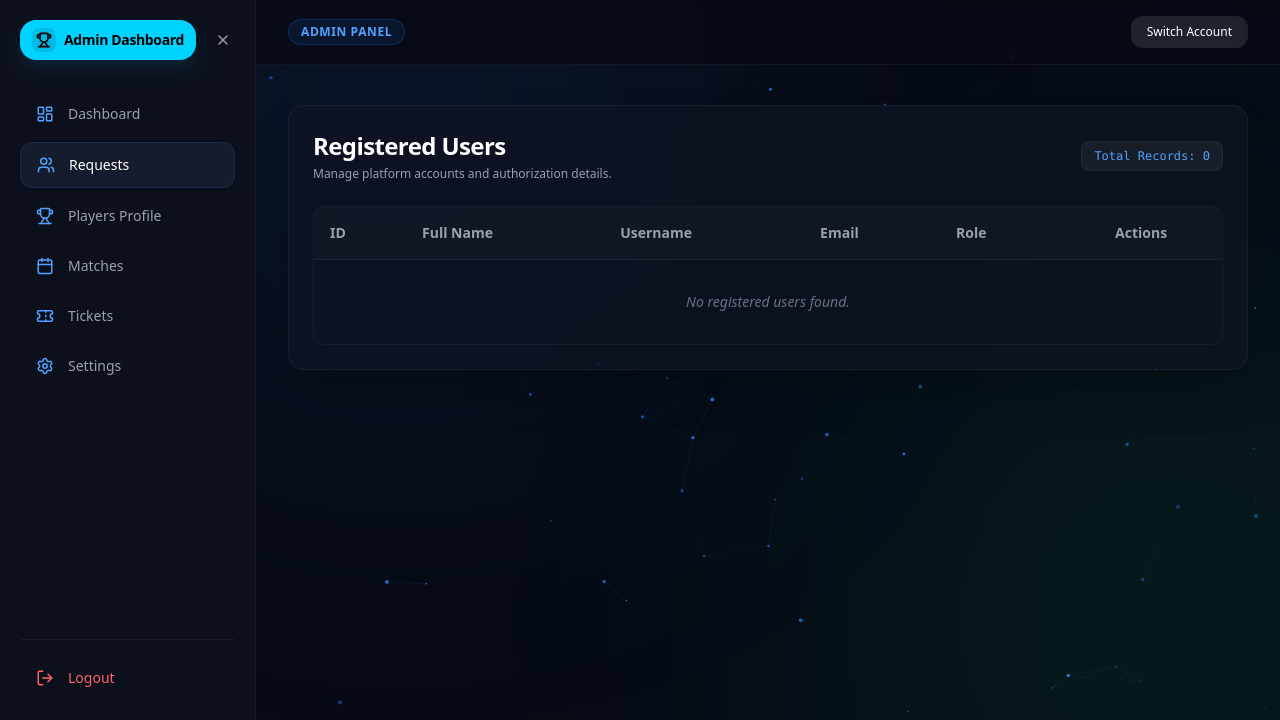
Repository: azeez6789/springboot-footbal-web
Page: /pages/Regrequest (app in client/)
The author's editor kept a copy of each file at every save. The page is drawn from the files as they stood at one save, then again after the next save.
The browser window is 1280 px wide. The pictures show the whole page.
The page's requests for data from a server got no answer. The project was rebuilt for these pictures with package versions that can differ from the ones it lists, and the page was loaded fresh each time. No one was signed in, and anything a server would have sent is missing. Also part of the build but not shown: client/vite.config.js, client/src/common/pages/home.jsx, client/src/common/component/login.jsx, client/src/common/component/register.jsx, client/src/common/component/About.jsx, client/src/common/pages/tournament.jsx, client/src/common/pages/event.jsx, client/src/common/pages/ticket.jsx and 3 more.

Above is the page before, as saved 2026-07-22 14:10:12.

### client/index.html
<!doctype html>
<html lang="en">
  <head>
    <meta charset="UTF-8" />
    <link rel="icon" type="image/svg+xml" href="/favicon.svg" />
    <meta name="viewport" content="width=device-width, initial-scale=1.0" />
    <title>SLIIT FOOTBALL  </title>
  </head>
  <body>
    <div id="root"></div>
    <script type="module" src="/src/main.jsx"></script>
  </body>
</html>

### client/src/routes/index.jsx
import CRoutes from './commonroutes'
import fun01Routes from './function_01'

const allRoutes = [
    ...CRoutes,
    ...fun01Routes
]


export default allRoutes;

### client/src/function-01/pages/registerrequest.jsx
import { useState, useEffect, useRef } from "react";
import {
  getAllUsers,
  updateUser,
  deleteUser,
} from "../../common/services/userService";
import { useNavigate, NavLink } from "react-router-dom";
import {
  LayoutDashboard,
  Users,
  Trophy,
  Calendar,
  Ticket,
  Settings,
  LogOut,
  X,
} from "lucide-react";

// ==========================================
// 📌 YOUR ORIGINAL UNTOUCHED SIDEBAR
// ==========================================
function Sidebar() {
  const menuClass = ({ isActive }) =>
    `flex items-center gap-3.5 px-4 py-3 rounded-xl transition-all duration-200 text-sm font-medium ${
      isActive
        ? "bg-[#151c2e] text-white shadow-sm border border-blue-500/15"
        : "text-gray-400 hover:bg-white/5 hover:text-white"
    }`;

  return (
    <aside className="fixed left-0 top-0 w-64 h-screen bg-[#0c101d] border-r border-white/5 flex flex-col justify-between p-5 z-50">
      <div className="space-y-6">
        {/* HEADER BADGE */}
        <div className="flex items-center justify-between">
          <div className="flex items-center gap-2 bg-[#00d2ff] text-black px-3 py-2 rounded-2xl shadow-lg shadow-cyan-500/10">
            <div className="w-6 h-6 rounded-lg bg-black/10 flex items-center justify-center">
              <Trophy size={16} className="text-black" strokeWidth={2.5} />
            </div>
            <span className="font-bold text-sm text-black tracking-tight">
              Admin Dashboard
            </span>
          </div>

          <button className="text-gray-400 hover:text-white transition-colors p-1 rounded-lg hover:bg-white/5">
            <X size={16} />
          </button>
        </div>

        {/* NAVIGATION LINKS */}
        <nav className="space-y-1.5 pt-2">
          <NavLink to="/" className={menuClass}>
            <LayoutDashboard size={18} className="text-blue-400" />
            <span>Dashboard</span>
          </NavLink>

          <NavLink to="/pages/Regrequest" className={menuClass}>
            <Users size={18} className="text-blue-400" />
            <span>Requests</span>
          </NavLink>

          <NavLink to="/function-01/profile" className={menuClass}>
            <Trophy size={18} className="text-blue-400" />
            <span>Players Profile</span>
          </NavLink>

          <NavLink to="/pages/matches" className={menuClass}>
            <Calendar size={18} className="text-blue-400" />
            <span>Matches</span>
          </NavLink>

          <NavLink to="/pages/ticket" className={menuClass}>
            <Ticket size={18} className="text-blue-400" />
            <span>Tickets</span>
          </NavLink>

          <NavLink to="/settings" className={menuClass}>
            <Settings size={18} className="text-blue-400" />
            <span>Settings</span>
          </NavLink>
        </nav>
      </div>

      {/* LOGOUT */}
      <div className="pt-4 border-t border-white/5">
        <NavLink
          to="/login"
          className="flex items-center gap-3.5 px-4 py-3 rounded-xl text-red-400 hover:bg-red-500/10 transition-all font-medium text-sm"
        >
          <LogOut size={18} />
          <span>Logout</span>
        </NavLink>
      </div>
    </aside>
  );
}

// ==========================================
// STARRY BACKGROUND CANVAS
// ==========================================
const StarryBackground = () => {
  const canvasRef = useRef(null);

  useEffect(() => {
    const canvas = canvasRef.current;
    if (!canvas) return;
    const ctx = canvas.getContext("2d");

    let animationFrameId;
    let width = (canvas.width = window.innerWidth);
    let height = (canvas.height = window.innerHeight);

    const handleResize = () => {
      width = canvas.width = window.innerWidth;
      height = canvas.height = window.innerHeight;
    };

    window.addEventListener("resize", handleResize);

    const particleCount = Math.floor((width * height) / 10000);
    const particles = [];

    for (let i = 0; i < particleCount; i++) {
      particles.push({
        x: Math.random() * width,
        y: Math.random() * height,
        vx: (Math.random() - 0.5) * 0.6,
        vy: (Math.random() - 0.5) * 0.6,
        radius: Math.random() * 1.5 + 0.5,
        alpha: Math.random() * 0.5 + 0.3,
      });
    }

    const render = () => {
      ctx.clearRect(0, 0, width, height);

      for (let i = 0; i < particles.length; i++) {
        const p = particles[i];

        p.x += p.vx;
        p.y += p.vy;

        if (p.x < 0 || p.x > width) p.vx *= -1;
        if (p.y < 0 || p.y > height) p.vy *= -1;

        ctx.beginPath();
        ctx.arc(p.x, p.y, p.radius, 0, Math.PI * 2);
        ctx.fillStyle = `rgba(59, 130, 246, ${p.alpha})`;
        ctx.fill();

        for (let j = i + 1; j < particles.length; j++) {
          const p2 = particles[j];
          const dx = p.x - p2.x;
          const dy = p.y - p2.y;
          const dist = Math.sqrt(dx * dx + dy * dy);
          const maxDist = 110;

          if (dist < maxDist) {
            ctx.beginPath();
            ctx.moveTo(p.x, p.y);
            ctx.lineTo(p2.x, p2.y);
            const lineAlpha = (1 - dist / maxDist) * 0.25;
            ctx.strokeStyle = `rgba(59, 130, 246, ${lineAlpha})`;
            ctx.lineWidth = 0.6;
            ctx.stroke();
          }
        }
      }

      animationFrameId = requestAnimationFrame(render);
    };

    render();

    return () => {
      window.removeEventListener("resize", handleResize);
      cancelAnimationFrame(animationFrameId);
    };
  }, []);

  return (
    <canvas
      ref={canvasRef}
      className="fixed inset-0 pointer-events-none z-0"
    />
  );
};

// ==========================================
// MAIN REGISTER REQUEST PAGE
// ==========================================
export default function RegisterRequest() {
  const navigate = useNavigate();

  const [users, setUsers] = useState([]);
  const [loading, setLoading] = useState(false);
  const [editingUser, setEditingUser] = useState(null);
  const [showUserForm, setShowUserForm] = useState(false);

  const [userFormData, setUserFormData] = useState({
    fullName: "",
    username: "",
    email: "",
    phoneNumber: "",
    dob: "",
    role: "",
    password: "",
  });

  useEffect(() => {
    fetchUsers();
  }, []);

  const fetchUsers = async () => {
    setLoading(true);
    try {
      const data = await getAllUsers();
      setUsers(data || []);
    } catch (error) {
      console.error("Error fetching users:", error);
    } finally {
      setLoading(false);
    }
  };

  const handleDeleteUser = async (id) => {
    if (window.confirm("Are you sure you want to delete this user?")) {
      try {
        await deleteUser(id);
        fetchUsers();
      } catch (error) {
        console.error("Error deleting user:", error);
      }
    }
  };

  const handleEditUserClick = (user) => {
    setEditingUser(user);
    setUserFormData({
      fullName: user.fullName || "",
      username: user.username || "",
      email: user.email || "",
      phoneNumber: user.phoneNumber || "",
      dob: user.dob || "",
      role: user.role || "",
      password: "",
    });
    setShowUserForm(true);
  };

  const handleUserInputChange = (e) => {
    const { name, value } = e.target;
    setUserFormData((prev) => ({
      ...prev,
      [name]: value,
    }));
  };

  const handleUserSubmit = async (e) => {
    e.preventDefault();
    try {
      if (editingUser) {
        await updateUser(editingUser.id, userFormData);
      }
      setShowUserForm(false);
      setEditingUser(null);
      fetchUsers();
    } catch (error) {
      console.error("Error saving user data:", error);
    }
  };

  return (
    <div className="min-h-screen bg-[#070b15] text-white selection:bg-blue-500/30 relative overflow-hidden font-sans flex">
      {/* UNTOUCHED SIDEBAR */}
      <Sidebar />

      {/* CANVAS BACKGROUND */}
      <StarryBackground />

      {/* BACKGROUND GLOWS */}
      <div className="fixed w-[600px] h-[600px] bg-blue-500/10 blur-[160px] rounded-full top-[-200px] left-[100px] pointer-events-none z-0" />
      <div className="fixed w-[600px] h-[600px] bg-green-400/10 blur-[180px] rounded-full bottom-[-200px] right-[-200px] pointer-events-none z-0" />

      {/* MAIN CONTENT AREA */}
      <main className="flex-1 ml-64 relative z-10 min-h-screen flex flex-col">
        {/* HEADER */}
        <header className="sticky top-0 z-40 bg-[#070b15]/80 backdrop-blur-xl border-b border-white/5 px-8 py-4">
          <div className="max-w-7xl mx-auto flex justify-between items-center">
            <div className="flex items-center gap-2">
              <span className="text-xs font-semibold uppercase tracking-wider text-blue-400 bg-blue-500/10 px-3 py-1 rounded-full border border-blue-500/20">
                Admin Panel
              </span>
            </div>

            <div className="flex gap-3 text-sm font-medium">
              <button
                onClick={() => navigate("/login")}
                className="px-4 py-2 bg-white/10 hover:bg-white/15 transition-all rounded-xl text-xs font-medium"
              >
                Switch Account
              </button>
            </div>
          </div>
        </header>

        {/* CONTENT AREA */}
        <div className="max-w-7xl mx-auto px-8 py-10 flex-1 w-full space-y-8">
          {/* USERS TABLE CONTAINER */}
          <div className="bg-[#0e1322]/80 border border-white/5 rounded-2xl p-6 backdrop-blur-xl shadow-2xl">
            <div className="flex justify-between items-center mb-6">
              <div>
                <h2 className="text-2xl font-bold tracking-tight text-white">
                  Registered Users
                </h2>
                <p className="text-xs text-gray-400 mt-1">
                  Manage platform accounts and authorization details.
                </p>
              </div>
              <div className="bg-white/5 px-3 py-1.5 rounded-lg border border-white/5 text-xs text-blue-400 font-mono">
                Total Records: {users.length}
              </div>
            </div>

            {loading ? (
              <div className="py-20 flex flex-col items-center justify-center gap-3 text-white/50">
                <div className="w-8 h-8 border-2 border-blue-500 border-t-transparent rounded-full animate-spin"></div>
                <span className="text-xs tracking-widest uppercase">
                  Loading accounts...
                </span>
              </div>
            ) : (
              <div className="overflow-x-auto rounded-xl border border-white/5">
                <table className="w-full text-sm border-collapse">
                  <thead className="text-gray-400 bg-white/[0.02] border-b border-white/5 font-medium">
                    <tr>
                      <th className="p-4 text-left font-semibold">ID</th>
                      <th className="p-4 text-left font-semibold">Full Name</th>
                      <th className="p-4 text-left font-semibold">Username</th>
                      <th className="p-4 text-left font-semibold">Email</th>
                      <th className="p-4 text-left font-semibold">Role</th>
                      <th className="p-4 text-center font-semibold">Actions</th>
                    </tr>
                  </thead>

                  <tbody className="divide-y divide-white/5">
                    {users.length === 0 ? (
                      <tr>
                        <td
                          colSpan="6"
                          className="p-8 text-center text-gray-500 italic"
                        >
                          No registered users found.
                        </td>
                      </tr>
                    ) : (
                      users.map((u) => (
                        <tr
                          key={u.id}
                          className="hover:bg-white/[0.02] transition-colors"
                        >
                          <td className="p-4 font-mono text-gray-400">
                            {u.id}
                          </td>
                          <td className="p-4 font-medium text-white">
                            {u.fullName}
                          </td>
                          <td className="p-4 text-gray-300 font-mono text-xs">
                            {u.username || "-"}
                          </td>
                          <td className="p-4 text-gray-300">{u.email}</td>
                          <td className="p-4">
                            <span className="px-2.5 py-1 rounded-md text-xs font-medium bg-blue-500/10 text-blue-400 border border-blue-500/20 uppercase tracking-wider">
                              {u.role || "User"}
                            </span>
                          </td>
                          <td className="p-4">
                            <div className="flex gap-2 justify-center">
                              <button
                                onClick={() => handleEditUserClick(u)}
                                className="px-3 py-1.5 text-xs font-medium bg-blue-500/20 hover:bg-blue-500/30 text-blue-300 rounded-lg border border-blue-500/10 transition-colors"
                              >
                                Edit
                              </button>
                              <button
                                onClick={() => handleDeleteUser(u.id)}
                                className="px-3 py-1.5 text-xs font-medium bg-red-500/20 hover:bg-red-500/30 text-red-300 rounded-lg border border-red-500/10 transition-colors"
                              >
                                Delete
                              </button>
                            </div>
                          </td>
                        </tr>
                      ))
                    )}
                  </tbody>
                </table>
              </div>
            )}
          </div>

          {/* EDIT USER MODAL OVERLAY */}
          {showUserForm && (
            <div className="fixed inset-0 z-50 bg-black/70 backdrop-blur-sm flex items-center justify-center p-4">
              <div className="bg-[#0e1322] border border-white/10 p-6 rounded-2xl w-full max-w-md shadow-2xl space-y-4">
                <div>
                  <h2 className="text-xl font-bold tracking-tight text-white">
                    Update Account Details
                  </h2>
                  <p className="text-xs text-gray-400 mt-0.5">
                    Modify properties for user ID: {editingUser?.id}
                  </p>
                </div>

                <form onSubmit={handleUserSubmit} className="space-y-3">
                  <div>
                    <label className="block text-xs text-gray-400 mb-1 font-medium">
                      Full Name
                    </label>
                    <input
                      name="fullName"
                      value={userFormData.fullName}
                      onChange={handleUserInputChange}
                      required
                      className="w-full p-2.5 bg-white/5 border border-white/10 rounded-lg text-sm text-white focus:outline-none focus:border-blue-500 focus:ring-1 focus:ring-blue-500 transition-all"
                      placeholder="Full Name"
                    />
                  </div>

                  <div>
                    <label className="block text-xs text-gray-400 mb-1 font-medium">
                      Username
                    </label>
                    <input
                      name="username"
                      value={userFormData.username}
                      onChange={handleUserInputChange}
                      required
                      className="w-full p-2.5 bg-white/5 border border-white/10 rounded-lg text-sm text-white focus:outline-none focus:border-blue-500 focus:ring-1 focus:ring-blue-500 transition-all"
                      placeholder="Username"
                    />
                  </div>

                  <div>
                    <label className="block text-xs text-gray-400 mb-1 font-medium">
                      Email Address
                    </label>
                    <input
                      type="email"
                      name="email"
                      value={userFormData.email}
                      onChange={handleUserInputChange}
                      required
                      className="w-full p-2.5 bg-white/5 border border-white/10 rounded-lg text-sm text-white focus:outline-none focus:border-blue-500 focus:ring-1 focus:ring-blue-500 transition-all"
                      placeholder="name@domain.com"
                    />
                  </div>

                  <div className="grid grid-cols-2 gap-3">
                    <div>
                      <label className="block text-xs text-gray-400 mb-1 font-medium">
                        Phone Number
                      </label>
                      <input
                        name="phoneNumber"
                        value={userFormData.phoneNumber}
                        onChange={handleUserInputChange}
                        className="w-full p-2.5 bg-white/5 border border-white/10 rounded-lg text-sm text-white focus:outline-none focus:border-blue-500 focus:ring-1 focus:ring-blue-500 transition-all"
                        placeholder="Phone"
                      />
                    </div>
                    <div>
                      <label className="block text-xs text-gray-400 mb-1 font-medium">
                        System Role
                      </label>
                      <select
                        name="role"
                        value={userFormData.role}
                        onChange={handleUserInputChange}
                        className="w-full p-2.5 bg-[#0e1322] border border-white/10 rounded-lg text-sm focus:outline-none focus:border-blue-500 focus:ring-1 focus:ring-blue-500 transition-all text-white"
                      >
                        <option value="">Select Role</option>
                        <option value="USER">User</option>
                        <option value="PLAYER">Player</option>
                        <option value="ADMIN">Admin</option>
                      </select>
                    </div>
                  </div>

                  <div>
                    <label className="block text-xs text-gray-400 mb-1 font-medium">
                      Date of Birth
                    </label>
                    <input
                      type="date"
                      name="dob"
                      value={userFormData.dob}
                      onChange={handleUserInputChange}
                      className="w-full p-2.5 bg-white/5 border border-white/10 rounded-lg text-sm text-white focus:outline-none focus:border-blue-500 focus:ring-1 focus:ring-blue-500 transition-all"
                    />
                  </div>

                  <div className="flex gap-3 mt-6 pt-2">
                    <button
                      type="submit"
                      className="flex-1 bg-gradient-to-r from-blue-500 to-cyan-400 p-2.5 rounded-lg text-black font-semibold text-sm hover:opacity-95 active:scale-[0.99] transition-all"
                    >
                      Save Changes
                    </button>

                    <button
                      type="button"
                      onClick={() => {
                        setShowUserForm(false);
                        setEditingUser(null);
                      }}
                      className="flex-1 bg-white/10 hover:bg-white/15 p-2.5 rounded-lg text-sm font-medium transition-colors text-white"
                    >
                      Cancel
                    </button>
                  </div>
                </form>
              </div>
            </div>
          )}
        </div>
      </main>
    </div>
  );
}

Loaded but not shown: client/src/index.css (common file); client/src/common/services/userService.js (95 lines, source omitted); client/src/routes/commonroutes.jsx (23 lines, source omitted); client/src/App.jsx (35 lines, source omitted); client/src/routes/function_01.jsx (14 lines, source omitted); client/src/main.jsx (10 lines, source omitted)

After the next save:
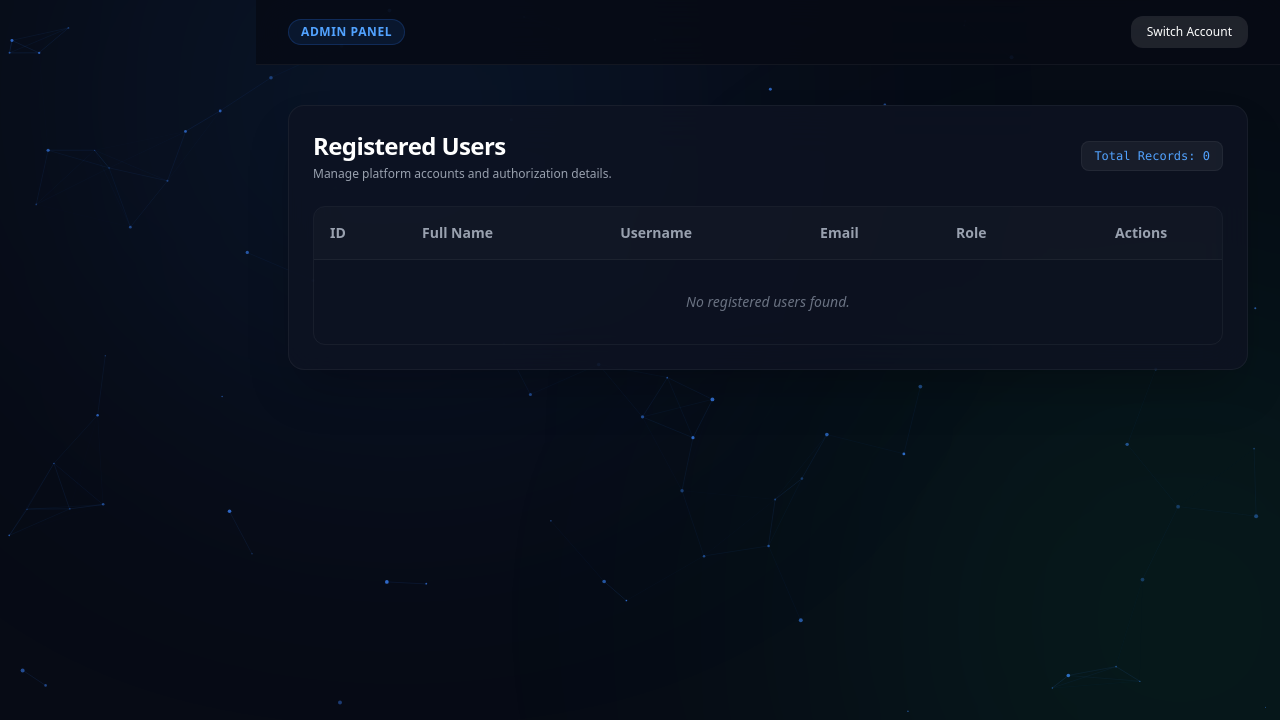
Saved 105 s later.
--- a/client/src/function-01/pages/registerrequest.jsx
+++ b/client/src/function-01/pages/registerrequest.jsx
@@ -4,95 +4,7 @@ import {
   updateUser,
   deleteUser,
 } from "../../common/services/userService";
-import { useNavigate, NavLink } from "react-router-dom";
-import {
-  LayoutDashboard,
-  Users,
-  Trophy,
-  Calendar,
-  Ticket,
-  Settings,
-  LogOut,
-  X,
-} from "lucide-react";
-
-// ==========================================
-// 📌 YOUR ORIGINAL UNTOUCHED SIDEBAR
-// ==========================================
-function Sidebar() {
-  const menuClass = ({ isActive }) =>
-    `flex items-center gap-3.5 px-4 py-3 rounded-xl transition-all duration-200 text-sm font-medium ${
-      isActive
-        ? "bg-[#151c2e] text-white shadow-sm border border-blue-500/15"
-        : "text-gray-400 hover:bg-white/5 hover:text-white"
-    }`;
-
-  return (
-    <aside className="fixed left-0 top-0 w-64 h-screen bg-[#0c101d] border-r border-white/5 flex flex-col justify-between p-5 z-50">
-      <div className="space-y-6">
-        {/* HEADER BADGE */}
-        <div className="flex items-center justify-between">
-          <div className="flex items-center gap-2 bg-[#00d2ff] text-black px-3 py-2 rounded-2xl shadow-lg shadow-cyan-500/10">
-            <div className="w-6 h-6 rounded-lg bg-black/10 flex items-center justify-center">
-              <Trophy size={16} className="text-black" strokeWidth={2.5} />
-            </div>
-            <span className="font-bold text-sm text-black tracking-tight">
-              Admin Dashboard
-            </span>
-          </div>
-
-          <button className="text-gray-400 hover:text-white transition-colors p-1 rounded-lg hover:bg-white/5">
-            <X size={16} />
-          </button>
-        </div>
-
-        {/* NAVIGATION LINKS */}
-        <nav className="space-y-1.5 pt-2">
-          <NavLink to="/" className={menuClass}>
-            <LayoutDashboard size={18} className="text-blue-400" />
-            <span>Dashboard</span>
-          </NavLink>
-
-          <NavLink to="/pages/Regrequest" className={menuClass}>
-            <Users size={18} className="text-blue-400" />
-            <span>Requests</span>
-          </NavLink>
-
-          <NavLink to="/function-01/profile" className={menuClass}>
-            <Trophy size={18} className="text-blue-400" />
-            <span>Players Profile</span>
-          </NavLink>
-
-          <NavLink to="/pages/matches" className={menuClass}>
-            <Calendar size={18} className="text-blue-400" />
-            <span>Matches</span>
-          </NavLink>
-
-          <NavLink to="/pages/ticket" className={menuClass}>
-            <Ticket size={18} className="text-blue-400" />
-            <span>Tickets</span>
-          </NavLink>
-
-          <NavLink to="/settings" className={menuClass}>
-            <Settings size={18} className="text-blue-400" />
-            <span>Settings</span>
-          </NavLink>
-        </nav>
-      </div>
-
-      {/* LOGOUT */}
-      <div className="pt-4 border-t border-white/5">
-        <NavLink
-          to="/login"
-          className="flex items-center gap-3.5 px-4 py-3 rounded-xl text-red-400 hover:bg-red-500/10 transition-all font-medium text-sm"
-        >
-          <LogOut size={18} />
-          <span>Logout</span>
-        </NavLink>
-      </div>
-    </aside>
-  );
-}
+import { useNavigate } from "react-router-dom";
 
 // ==========================================
 // STARRY BACKGROUND CANVAS
@@ -186,7 +98,7 @@ const StarryBackground = () => {
 };
 
 // ==========================================
-// MAIN REGISTER REQUEST PAGE
+// REGISTER REQUEST PAGE (NO SIDEBAR RENDERED)
 // ==========================================
 export default function RegisterRequest() {
   const navigate = useNavigate();
@@ -271,9 +183,6 @@ export default function RegisterRequest() {
 
   return (
     <div className="min-h-screen bg-[#070b15] text-white selection:bg-blue-500/30 relative overflow-hidden font-sans flex">
-      {/* UNTOUCHED SIDEBAR */}
-      <Sidebar />
-
       {/* CANVAS BACKGROUND */}
       <StarryBackground />
 
